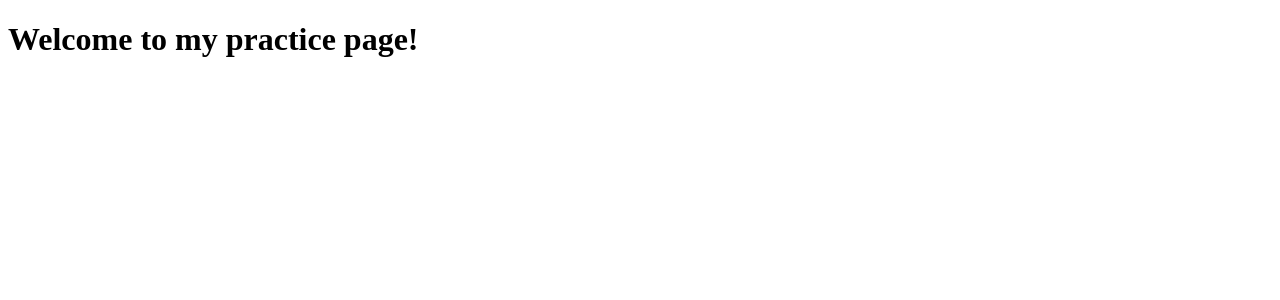
Repository: boofoo-png/mdia-2109
Page: learning-plan.html
An editor plug-in stored every save of this project. The page is shown before and after a run of saves, followed by the edit.
The browser window is 1280 px wide. The pictures show the whole page.

Above is the page before, as saved 2026-01-26 10:04:19.

After the next 2 saves:
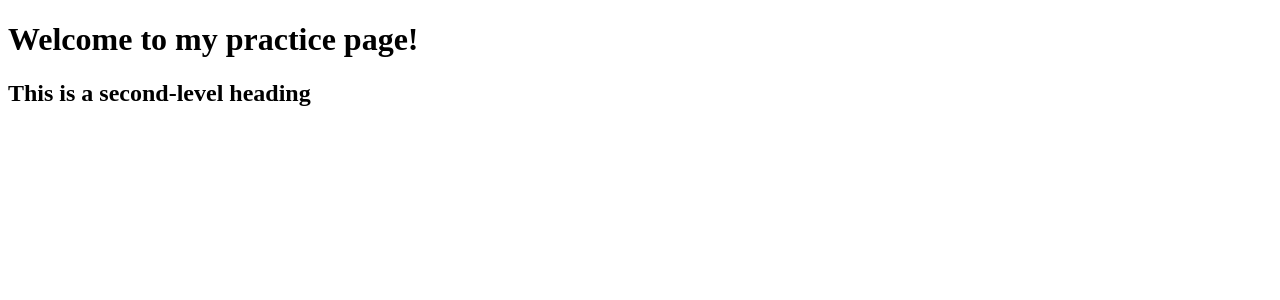
The 2 saves are shown as one change because they came seconds apart.
The last was saved 10 s later.
--- a/learning-plan.html
+++ b/learning-plan.html
@@ -7,5 +7,7 @@
 </head>
 <body>
     <h1>Welcome to my practice page!</h1>
+    <h2>This is a second-level heading</h2>
+
 </body>
 </html>
